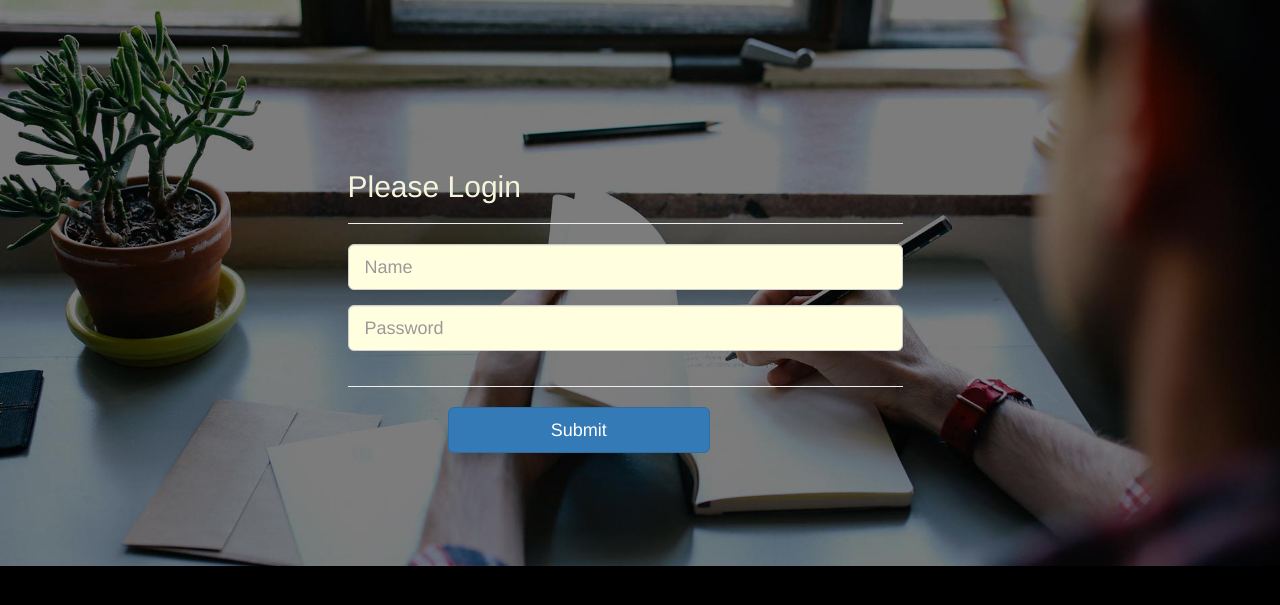
Repository: 123poornima/UpdatedSecondProject
Page: frontendPro/WebContent/_user/login.html
The author's editor kept a copy of each file at every save. The page is drawn from the files as they stood at one save, then again after the next save.
The browser window is 1280 px wide. The pictures show the whole page.

Above is the page before, as saved 2017-01-17 05:21:10.

After the next save:
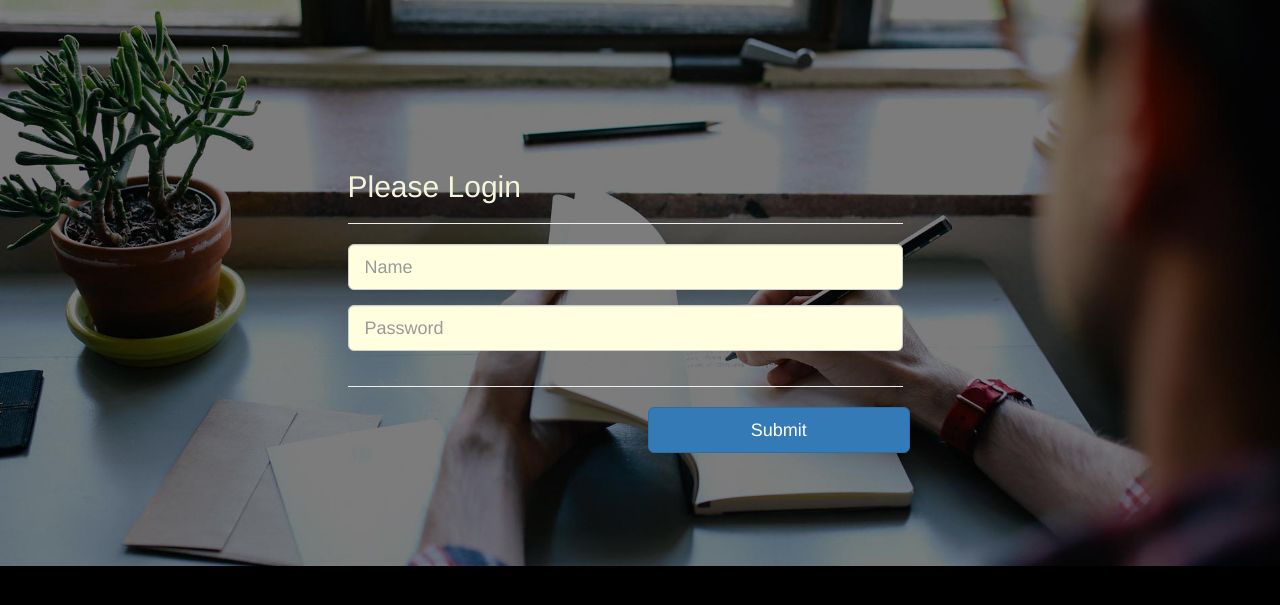
Saved 17 s later.
--- a/frontendPro/WebContent/_user/login.html
+++ b/frontendPro/WebContent/_user/login.html
@@ -42,7 +42,7 @@ background-color:black;
 		</div>
 			<hr class="colorgraph">
  			<div class="row">
-				<div class="col-xs-12 col-md-6"><input style="margin-left:100px" type="submit" ng-click="submit()" class="btn btn-primary btn-block btn-lg" tabindex="7"></div>
+				<div class="col-xs-12 col-md-6"><input style="margin-left:300px" type="submit" ng-click="submit()" class="btn btn-primary btn-block btn-lg" tabindex="7"></div>
 			</div>
 
 		</div>
